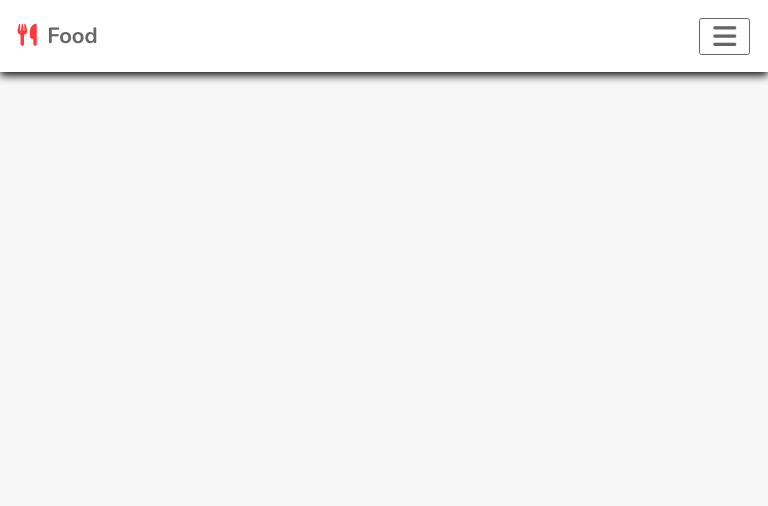
Repository: wenxi0504/ResturantApp-static-
Page: index.html
The author's editor kept a copy of each file at every save. The page is drawn from the files as they stood at one save, then again after the next save.
The browser window is 768 px wide. The pictures show the whole page.

Above is the page before, as saved 2022-01-09 21:52:30.
Console error: TypeError: Cannot read properties of null (reading 'classList')

### index.html
<!DOCTYPE html>
<html lang="en">
<head>
    <meta charset="UTF-8">
    <meta http-equiv="X-UA-Compatible" content="IE=edge">
    <meta name="viewport" content="width=device-width, initial-scale=1.0">
    <title>Maple Yip Seafood Restaurant</title>
    <!-- font awesome cnd link-->
    <link rel="stylesheet" href="https://cdnjs.cloudflare.com/ajax/libs/font-awesome/6.0.0-beta3/css/all.min.css">
    <!--custom css link-->
    <link rel="stylesheet" href="./style.css">
</head>
<body>
    <!--header section-->
    <header>
        <!-- current page-->
        <a href="#" class="logo"><i class="fas fa-utensils"></i> food </a>
        <div id="menu-bar" class="fas fa-bars"> </div>
        <nav class="navbar">
            <a href="#home">Home</a>
            <a href="#speciality">Specialty</a>
            <a href="#popular">Popular</a>
            <a href="#gallery">gallery</a>
            <a href="#revire">Review</a>
            <a href="#order">Order</a>
        </nav>

    </header>

<!--custom js file link-->
    <script src="script.js"></script>
</body>
</html>

### style.css
@import url('https://fonts.googleapis.com/css2?family=Nunito:wght@200;300;400;600;700&display=swap');

:root{
--red:#ff3838;
}
 /* match everything */
*{
    font-family: 'Nunito', sans-serif;
    margin:0;
    padding:0;
    box-sizing:border-box;
    outline:none;
    border:none;
    text-decoration: none;
    /* text 大小写 */
    text-transform: capitalize;
    transition: all .2s linear;
}

/* the part that the user choose to highlight */
*::selection{
    background:var(--red);
    color:#fff;
  }

html{
    font-size: 62.5%;
    overflow-x: hidden;
    scroll-behavior: smooth;
    scroll-padding-top:6rem;
}

body{
    background: #f7f7f7;
}

section{
    padding: 2rem 9%;
}

header{
    position:fixed;
    top:0;
    left:0;
    right: 0;
    z-index:1000;
    display: flex;
    align-items: center;
    justify-content: space-between;
    background:#fff;
    padding:2rem 9%;
    box-shadow: 0 .5rem 1rem rgba(0,0,0,1);

}

header .logo{
    font-size:2.5rem;
    font-weight: bolder;
    color:#666;
}

header .logo i{
    padding-right: .5rem;
    color:var(--red);
}

header .navbar a{
    font-size: 2rem;
    margin-left: 2rem;
    color:#666;
  }

header .navbar a:hover{

    color:var(--red);
}

#menu-bar{

    font-size:3rem;
    cursor:pointer;
    color:#666;
    border:.1rem solid #666;
    border-radius: .3rem;
    padding:.5rem 1.5rem;
    display: none;
}










/* media queries for different devices */


@media(max-width:991px){

    html{
      font-size: 55%;
    }

    header{
      padding:2rem;
    }

    section{
      padding:2rem;
    }

  }

  @media(max-width:768px){

    #menu-bar{
      display: initial;
    }

    header .navbar{
      position: absolute;
      top:100%; left: 0; right:0;
      background: #f7f7f7;
      border-top: .1rem solid rgba(0,0,0,.1);
      clip-path: polygon(0 0, 100% 0, 100% 0, 0 0);
    }

    header .navbar.active{
      clip-path: polygon(0 0, 100% 0, 100% 100%, 0% 100%);
    }

    header .navbar a{
      margin: 1.5rem;
      padding:1.5rem;
      display: block;
      border:.2rem solid rgba(0,0,0,.1);
      border-left:.5rem solid var(--red);
      background:#fff;

    }

  }


  @media(max-width:450px){

    html{
      font-size: 50%;
    }

    .order .row form .inputBox input{
      width:100%;}
    }

### script.js
let menu= document.querySelector('#menu-bar');
let navbar=document.querySelector('.navbar');

menu.onClick=()=>{
    menu.classList.toggle('fa-times');
    navbar.classList.toggle('active');
}

window.onscroll= () =>{
    menu.classList.remove('fa-times');
    navbar.classList.remove('active');

    if(window.scrollY>60)
    {
        document.querySelector('#scroll-top').classList.add('active');
    }
    else
    {   document.querySelector('#scroll-top').classList.remove('active');

    }
}

After the next save:
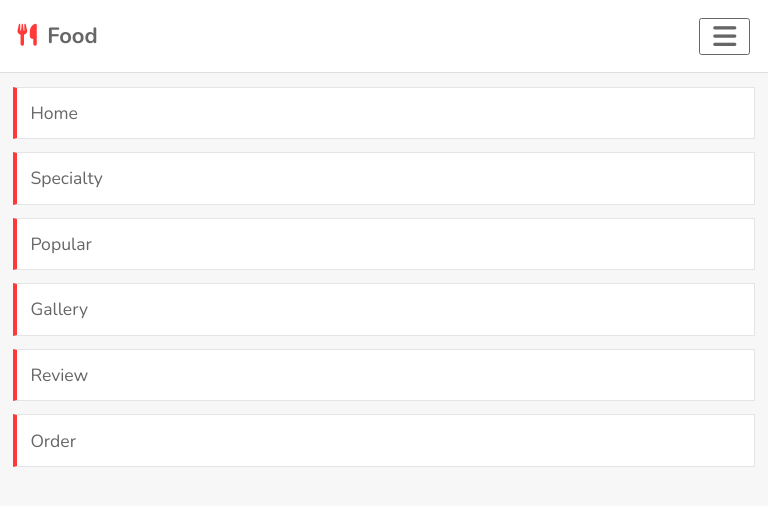
Saved 2 min 59 s later.
--- a/style.css
+++ b/style.css
@@ -125,11 +125,11 @@
       top:100%; left: 0; right:0;
       background: #f7f7f7;
       border-top: .1rem solid rgba(0,0,0,.1);
-      clip-path: polygon(0 0, 100% 0, 100% 0, 0 0);
+      /* clip-path: polygon(0 0, 100% 0, 100% 0, 0 0); */
     }
 
     header .navbar.active{
-      clip-path: polygon(0 0, 100% 0, 100% 100%, 0% 100%);
+      /* clip-path: polygon(0 0, 100% 0, 100% 100%, 0% 100%); */
     }
 
     header .navbar a{

After the save that followed:
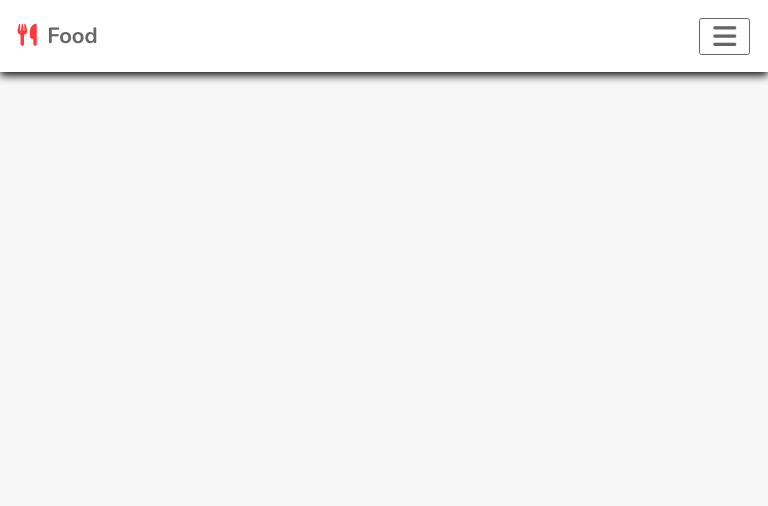
Saved 2 min 33 s later.
--- a/style.css
+++ b/style.css
@@ -125,7 +125,7 @@
       top:100%; left: 0; right:0;
       background: #f7f7f7;
       border-top: .1rem solid rgba(0,0,0,.1);
-      /* clip-path: polygon(0 0, 100% 0, 100% 0, 0 0); */
+      clip-path: polygon(0 0, 100% 0, 100% 0, 0 0);
     }
 
     header .navbar.active{
